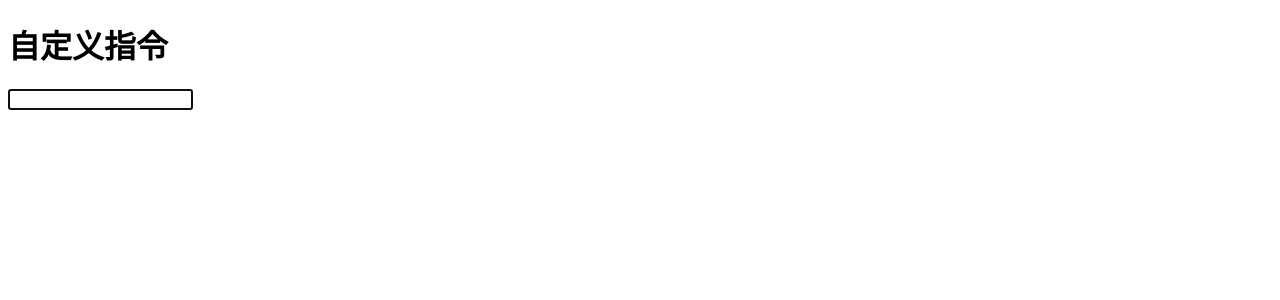
Repository: paranoia-M/vue3-Actions
Page: /define
An editor plug-in stored every save of this project. The page is shown before and after the next save, followed by the edit.
The browser window is 1280 px wide. The pictures show the whole page.
The project was rebuilt for these pictures with package versions that can differ from the ones it lists, and the page was loaded fresh each time. Also part of the build but not shown: vite.config.js, vue.config.js, src/components/demo/Pra.vue, src/components/demo/Pra2.vue, src/components/demo/Pra3.vue, src/components/Component.vue.

Above is the page before, as saved 2022-03-14 15:01:23.

After the next save:
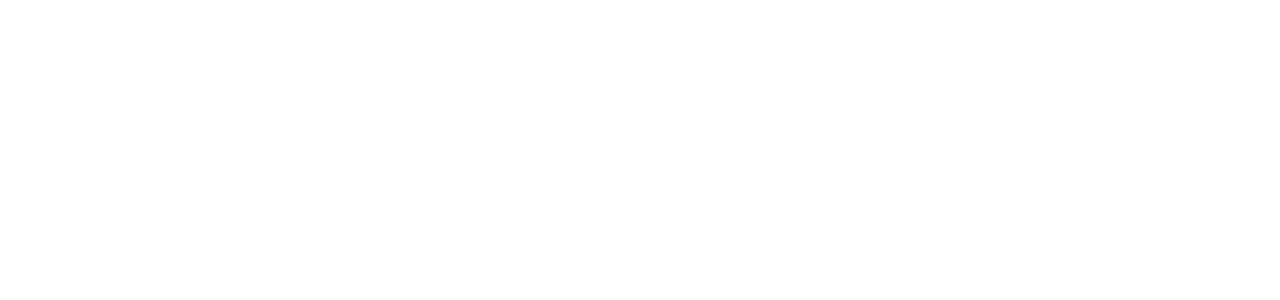
Console error: TypeError: key.split(...).reducer is not a function
Saved 28 s later.
--- a/src/pages/define/DefineV.vue
+++ b/src/pages/define/DefineV.vue
@@ -2,6 +2,7 @@
   <div>
     <h1>自定义指令</h1>
     <input type="text" v-focus />
+    <h1>{{ $translate("greetings.hello") }}</h1>
   </div>
 </template>
 

After the save that followed:
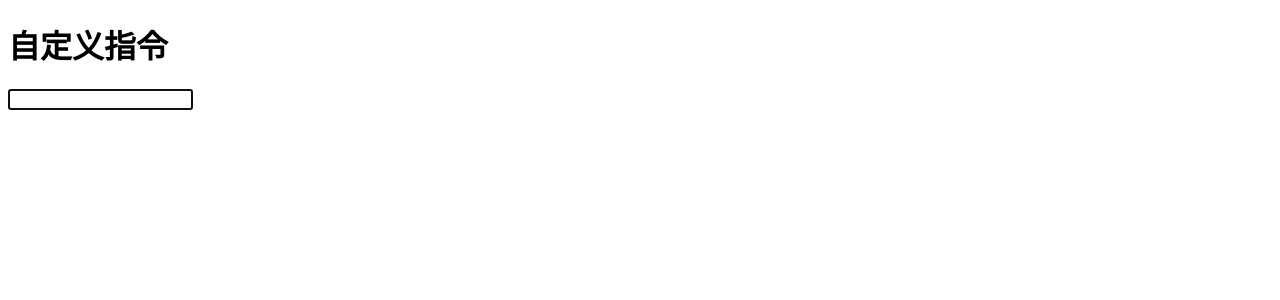
The error is gone.
Saved 42 s later.
--- a/src/plugins/myPlugin/MyPlugin.js
+++ b/src/plugins/myPlugin/MyPlugin.js
@@ -3,7 +3,7 @@
     //具体的插件代码
     // 按 key 名翻译文本内容的函数
     app.config.globalProperties.$translate = (key) => {
-      return key.split(".").reducer((o, i) => {
+      return key.split(".").reduce((o, i) => {
         if (o) return o[i];
       });
     };
